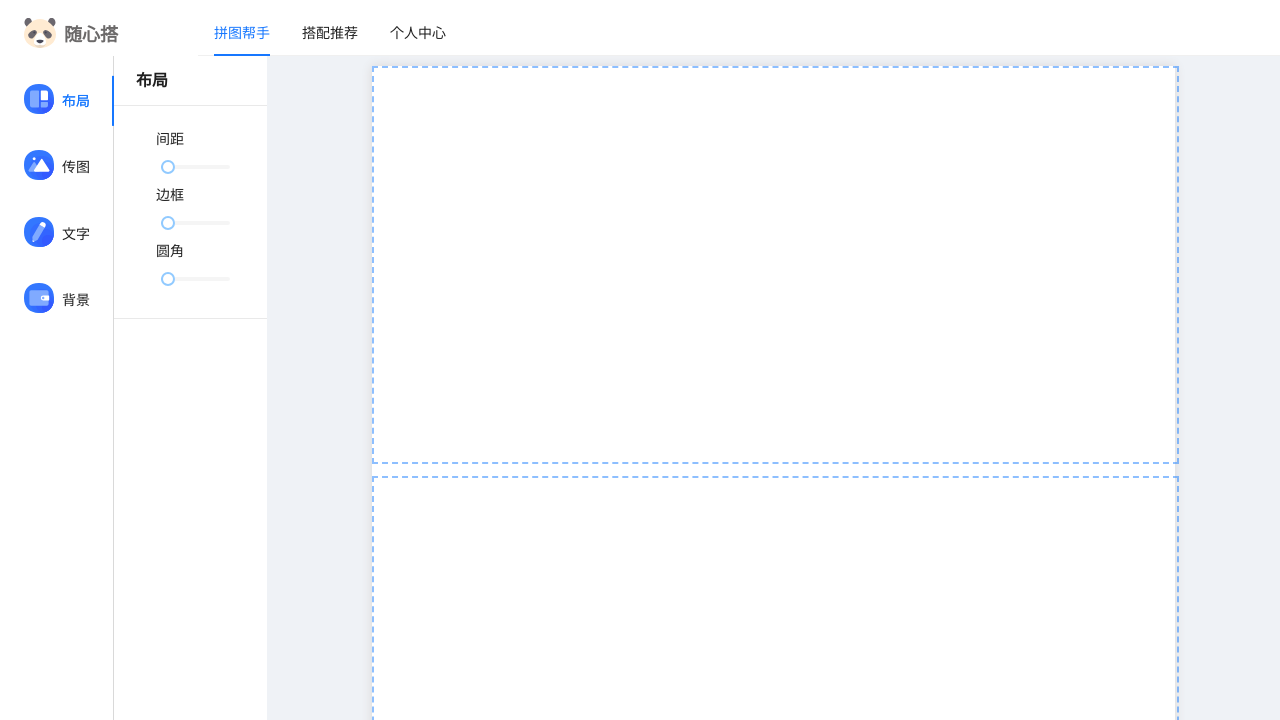
Repository: zzq1101921989/low-code
Page: /
These files come from the project's save history. The page is drawn as it stood at one moment and after the next save; the edit follows.
The browser window is 1280 px wide. The pictures show the whole page.
The project was rebuilt for these pictures with package versions that can differ from the ones it lists, and the page was loaded fresh each time. Also part of the build but not shown: vite.config.ts, src/pages/admin/index.tsx, src/components/icon/ClothesIcon.tsx, src/components/icon/HairIcon.tsx, src/components/icon/PantsIcon.tsx, src/components/icon/ShoeIcon.tsx, src/pages/recommend/index.tsx.

Above is the page before, as saved 2023-05-07 12:37:27.

### index.html
<!DOCTYPE html>
<html lang="en">
  <head>
    <meta charset="UTF-8" />
    <link rel="icon" type="image/svg+xml" href="/vite.svg" />
    <meta name="viewport" content="width=device-width, initial-scale=1.0" />
    <title>搭配选择困难症？不懂搭？就来随心搭，找到属于自己的穿搭技巧</title>
  </head>
  <body>
    <div id="root"></div>
    <script type="module" src="/src/main.tsx"></script>
  </body>
</html>

### src/main.tsx
import ReactDOM from "react-dom/client";
import App from "./App";
import "./reset.css";

ReactDOM.createRoot(document.getElementById("root") as HTMLElement).render(
  <App />
);

### src/App.tsx
import { BrowserRouter, Navigate, Route, Routes } from "react-router-dom";
import LayoutComponent from "./components/layout";
import { routerConfig } from "./routers";

const App = () => {
  return (
    <BrowserRouter>
      <Routes>
        <Route path="/" element={<LayoutComponent />}>
          {/* 重定向 */}
          <Route path="/" element={<Navigate to="/home" />} />
          {routerConfig.map((item) => (
            <Route path={item.path} key={item.name} element={item.element} />
          ))}
        </Route>
        <Route path="*" element={<div>404</div>} />
      </Routes>
    </BrowserRouter>
  );
};

export default App;

### src/reset.css
html,body,div,span,applet,object,h1,h2,h3,h4,h5,h6,p,blockquote,pre,a,abbr,acronym,address,big,cite,code,del,dfn,em,img,ins,kbd,q,s,samp,small,strike,strong,sub,sup,tt,var,b,u,i,center,dl,dt,dd,ol,ul,li,fieldset,form,label,legend,table,caption,tbody,tfoot,thead,tr,th,td,article,aside,canvas,details,embed,figure,figcaption,footer,header,hgroup,menu,nav,output,ruby,section,summary,time,mark,audio,video {
	margin:0;
	padding:0;
	border:0;
	font-size:100%;
	font:inherit;
	font-weight:normal;
	vertical-align:baseline;
}
/* HTML5 display-role reset for older browsers */
article,aside,details,figcaption,figure,footer,header,hgroup,menu,nav,section {
	display:block;
}
ol,ul,li {
	list-style:none;
}
blockquote,q {
	quotes:none;
}
blockquote:before,blockquote:after,q:before,q:after {
	content:'';
	content:none;
}
table {
	border-collapse:collapse;
	border-spacing:0;
}
th,td {
	vertical-align:middle;
}
/* custom */
a {
	outline:none;
	color:#16418a;
	text-decoration:none;
	-webkit-backface-visibility: hidden;
}
a:focus {
	outline:none;
}
input:focus,select:focus,textarea:focus {
	outline:-webkit-focus-ring-color auto 0;
}

### src/components/layout/index.tsx
import Icon from "@ant-design/icons";
import type { CustomIconComponentProps } from "@ant-design/icons/es/components/Icon";
import { Space } from "antd";
import { Content } from "antd/es/layout/layout";
import { Outlet } from "react-router-dom";
import HeaderComponent from "../header";
import styles from "./index.module.less";

const PandaSvg = () => (
  <svg viewBox="0 0 1024 1024" width="1em" height="1em" fill="currentColor">
    <path
      d="M99.096 315.634s-82.58-64.032-82.58-132.13c0-66.064 33.032-165.162 148.646-148.646 83.37 11.91 99.096 165.162 99.096 165.162l-165.162 115.614zM924.906 315.634s82.58-64.032 82.58-132.13c0-66.064-33.032-165.162-148.646-148.646-83.37 11.91-99.096 165.162-99.096 165.162l165.162 115.614z"
      fill="#6B676E"
    />
    <path
      d="M1024 561.548c0 264.526-229.23 429.42-512.002 429.42S0 826.076 0 561.548 283.96 66.064 512.002 66.064 1024 297.022 1024 561.548z"
      fill="#FFEBD2"
    />
    <path
      d="M330.324 842.126c0 82.096 81.34 148.646 181.678 148.646s181.678-66.55 181.678-148.646H330.324z"
      fill="#E9D7C3"
    />
    <path
      d="M644.13 611.098C594.582 528.516 561.55 512 512.002 512c-49.548 0-82.58 16.516-132.13 99.096-42.488 70.814-78.73 211.264-49.548 247.742 66.064 82.58 165.162 33.032 181.678 33.032 16.516 0 115.614 49.548 181.678-33.032 29.18-36.476-7.064-176.93-49.55-247.74z"
      fill="#FFFFFF"
    />
    <path
      d="M611.098 495.484c0-45.608 36.974-82.58 82.58-82.58 49.548 0 198.194 99.098 198.194 165.162s-79.934 144.904-148.646 99.096c-49.548-33.032-132.128-148.646-132.128-181.678zM412.904 495.484c0-45.608-36.974-82.58-82.58-82.58-49.548 0-198.194 99.098-198.194 165.162s79.934 144.904 148.646 99.096c49.548-33.032 132.128-148.646 132.128-181.678z"
      fill="#6B676E"
    />
    <path
      d="M512.002 726.622c-30.06 0-115.614 5.668-115.614 33.032 0 49.638 105.484 85.24 115.614 82.58 10.128 2.66 115.614-32.944 115.614-82.58-0.002-27.366-85.556-33.032-115.614-33.032z"
      fill="#464655"
    />
    <path
      d="M330.324 495.484m-33.032 0a33.032 33.032 0 1 0 66.064 0 33.032 33.032 0 1 0-66.064 0Z"
      fill="#464655"
    />
    <path
      d="M693.678 495.484m-33.032 0a33.032 33.032 0 1 0 66.064 0 33.032 33.032 0 1 0-66.064 0Z"
      fill="#464655"
    />
  </svg>
);

const PandaIcon = (props: Partial<CustomIconComponentProps>) => (
  <Icon component={PandaSvg} {...props} />
);

export default function LayoutComponent() {
  return (
    <div className={styles["syd-layout"]}>
      <div className={styles["syd-header"]}>
        <div className={styles.logo}>
          <Space>
            <PandaIcon style={{ fontSize: "32px" }} />
            <div style={{ fontWeight: "bold", fontSize: 18, color: "#6b6969" }}>
              随心搭
            </div>
          </Space>
        </div>
        <HeaderComponent />
      </div>
      <Content className={styles["syd-content"]}>
        <Outlet />
      </Content>
    </div>
  );
}

### src/routers/index.tsx
import { RouteObject } from "react-router-dom";
import Admin from "../pages/admin";
import Home from "../pages/home";
import Recommend from "../pages/recommend";

export const routerConfig: (RouteObject & { name: string })[] = [
  {
    path: "home",
    name: "拼图帮手",
    element: <Home />,
  },
  {
    path: "recommend",
    name: "搭配推荐",
    element: <Recommend />,
  },
  {
    path: "admin",
    name: "个人中心",
    element: <Admin />,
  },
];

### src/components/header/index.tsx
import { Menu, MenuProps } from "antd";
import { Link, useLocation } from "react-router-dom";
import { routerConfig } from "../../routers";

export default function HeaderComponent() {

  const locaiton = useLocation();

  const items: MenuProps["items"] = routerConfig.map((key) => ({
    key: key.path,
    label: <Link to={`/${key.path}`}>{key.name}</Link>,
  }));

  return (
    <Menu
      style={{ flex: 1 }}
      mode="horizontal"
      selectedKeys={[locaiton.pathname.split("/")[1]]}
      items={items}
    />
  );
}

### src/components/layout/index.module.less
.syd-layout {
  width: 100%;
  height: 100vh;
  display: flex;
  flex-direction: column;
  overflow: hidden;
  .syd-header {
    display: flex;
    width: 100%;
    align-items: center;
    padding: 10px 24px 0 24px;
    background-color: #fff;
    .logo {
      margin-right: 80px;
    }
  }
  .syd-content {
    flex: auto;
    background: #eff2f6;
  }
}

### src/pages/home/index.tsx
import { Col, Row } from "antd";
import { FC } from "react";
import { DrawImage, Menu } from "./features";
import styles from "./index.module.less";

const Home: FC = () => {
  return (
    <Row style={{ height: "100%" }} className={styles.homeContainer}>
      <Col xl={5}>
        <Menu />
      </Col>
      <Col xl={19}>
        <DrawImage />
      </Col>
    </Row>
  );
};

export default Home;

### src/pages/home/features/index.tsx
export { default as Area } from './Area';
export { default as DrawImage } from './DrawImage';
export { default as Menu } from './Menu';

### src/pages/home/index.module.less
.homeContainer {
    :global{
        .ant-tabs-tabpane {
            padding-left: 0 !important
        }
        .ant-tabs-nav-wrap {
            padding-top: 20px;
        }
    }
}

### src/pages/home/features/Area/index.tsx
import { FC, ReactNode } from "react";
import styles from "./index.module.less";

interface AreaProps {
  /**
   * @name 头部区域内容
   */
  header: string | ReactNode;

  /**
   * @name 中间区域内容
   */
  centre?: string | ReactNode;
}
const Area: FC<AreaProps> = (props) => {
  const { header, centre } = props;

  return (
    <div className={`${styles["area-container"]}`}>
      <div
        className={`${styles["area-container-header"]} ${styles.padding} ${styles.borderBottom}`}
      >
        {header}
      </div>
      {centre && (
        <div
          className={`${styles["area-container-centre"]} ${styles.padding} ${styles["borderBottom"]}`}
        >
          {centre}
        </div>
      )}
    </div>
  );
};

export default Area;

### src/pages/home/features/DrawImage/index.tsx
import { Col, Row } from "antd";
import { FC } from "react";
import { ItemBox } from "../../components";

interface DrawImageProps {}
const DrawImage: FC<DrawImageProps> = (props) => {
  return (
    <div
      style={{
        width: "803px",
        height: "803px",
        margin: '10px auto',
        background: "#fff",
        boxShadow: "0 0 10px #d9d6d6",
      }}
    >
      <Row gutter={[16, 16]} style={{ height: '100%' }}>
        <Col span={24}>
          <ItemBox />
        </Col>
        <Col span={24}>
          <Row gutter={[16, 16]} style={{ height: '100%' }}>
            <Col span={24}>
              <ItemBox />
            </Col>
          </Row>
        </Col>
      </Row>
    </div>
  );
};

export default DrawImage;

### src/pages/home/features/Menu/index.tsx
import { Slider, Space, Tabs, TabsProps } from "antd";
import { Area } from "..";
import {
  ColorIcon,
  ImageIcon,
  LayoutIcon,
  TextIcon,
} from "../../../../components/icon";

/**
 * 导航栏组件
 * @returns
 */
export default function Menu() {
  const items: TabsProps["items"] = [
    {
      label: (
        <Space>
          <LayoutIcon />
          布局
        </Space>
      ),
      key: "1",
      children: (
        <Area
          header="布局"
          centre={
            <div
              style={{
                width: "100%",
                display: "flex",
                flexDirection: "column",
                padding: '10px 20px',
                boxSizing: 'border-box'
              }}
            >
              <div>
                间距
                <Slider defaultValue={10} />
              </div>
              <div>
                边框
                <Slider defaultValue={10} />
              </div>
              <div>
                圆角
                <Slider defaultValue={10} />
              </div>
            </div>
          }
        />
      ),
    },
    {
      label: (
        <Space>
          <ImageIcon />
          传图
        </Space>
      ),
      key: "2",
      children: "",
    },
    {
      label: (
        <Space>
          <TextIcon />
          文字
        </Space>
      ),
      key: "3",
      children: "",
    },
    {
      label: (
        <Space>
          <ColorIcon />
          背景
        </Space>
      ),
      key: "4",
      children: "",
    },
  ];

  return (
    <Tabs
      tabPosition="left"
      items={items}
      style={{ background: "#fff", height: "100%" }}
    />
  );
}

### src/pages/home/features/Area/index.module.less
.area-container {
    width: 100%;
    .area-container-header {
        font-size: 18px;
    }
    .area-container-header {
        font-size: 16px;
        font-weight: bold;
    }
}
.padding {
    padding: 12px 12px 12px 22px;
}
.borderBottom {
    border-bottom: 1px solid #e9e9e9;
}

### src/pages/home/components/index.tsx
export { default as ItemBox } from './ItemBox';

### src/components/icon/index.tsx
export { default as ClothesIcon } from "./ClothesIcon";
export { default as ColorIcon } from "./ColorIcon";
export { default as HairIcon } from "./HairIcon";
export { default as ImageIcon } from "./ImageIcon";
export { default as LayoutIcon } from "./LayoutIcon";
export { default as PantsIcon } from "./PantsIcon";
export { default as ShoeIcon } from "./ShoeIcon";
export { default as TextIcon } from "./TextIcon";

### src/pages/home/components/ItemBox/index.tsx
import type { FC } from "react";
import { memo } from "react";

interface ItemBoxProps {

}
const ItemBox: FC<ItemBoxProps> = (props) => {
  const {  } = props;
  return (
    <div
      style={{
        width: '100%',
        height: '100%',
        border: "2px dashed rgba(30, 128, 255, 0.5)",
      }}
    ></div>
  );
};
export default memo(ItemBox);

### src/components/icon/ColorIcon.tsx
import Icon from "@ant-design/icons";
import { CustomIconComponentProps } from "@ant-design/icons/lib/components/Icon";

const Color = () => (
  <svg
    viewBox="0 0 1024 1024"
    version="1.1"
    xmlns="http://www.w3.org/2000/svg"
    p-id="7117"
    width="30"
    height="30"
  >
    <path
      d="M1023.910943 511.999898c5.11911 317.794367-194.116663 516.825376-511.91103 511.911029-317.794367 4.914346-516.825376-194.116663-511.91103-511.911029C-4.825463 194.20553 194.205546-4.825478 511.999913 0.088868c317.794367-4.914346 516.825376 194.116663 511.91103 511.91103z"
      fill="#3377FF"
      p-id="7118"
    ></path>
    <path
      d="M1022.477592 566.671996C1006.915497 340.40732 852.318366 201.16752 614.382119 204.85328c-254.112635-4.095288-413.624112 155.416189-409.528824 409.528824-3.890524 237.936247 135.554041 392.533378 361.613952 408.095473 268.036615-16.381153 439.629192-187.97373 456.010345-455.805581z"
      fill="#336DFF"
      p-id="7119"
    ></path>
    <path
      d="M1015.515602 629.944199C985.824762 491.523456 876.480566 407.160519 716.764325 409.617692c-190.635668-3.071466-310.218084 116.51095-307.146618 307.146618-2.457173 159.716241 81.905765 269.060437 220.121743 298.751277 211.112109-34.400421 351.375731-174.664043 385.776152-385.571388z"
      fill="#3364FF"
      p-id="7120"
    ></path>
    <path
      d="M997.701098 705.707031C964.734028 646.734881 902.076118 613.153517 819.146531 614.382104c-127.1587-2.047644-206.812056 77.605712-204.764412 204.764412-1.433351 82.929587 32.352777 145.587497 91.120163 178.554567a431.233852 431.233852 0 0 0 292.198816-291.994052z"
      fill="#335AFF"
      p-id="7121"
    ></path>
    <path
      d="M184.376854 245.806162m61.429324 0l532.387471 0q61.429324 0 61.429323 61.429324l0 409.528824q0 61.429324-61.429323 61.429323l-532.387471 0q-61.429324 0-61.429324-61.429323l0-409.528824q0-61.429324 61.429324-61.429324Z"
      fill="#80AAFF"
      p-id="7122"
    ></path>
    <path
      d="M655.335001 430.094133h184.287971a20.476441 20.476441 0 0 1 20.476441 20.476441v122.858647a20.476441 20.476441 0 0 1-20.476441 20.476441h-184.287971a81.905765 81.905765 0 0 1-81.905764-81.905764 81.905765 81.905765 0 0 1 81.905764-81.905765z"
      fill="#FFFFFF"
      p-id="7123"
    ></path>
    <path
      d="M655.335001 511.999898m-40.952882 0a40.952882 40.952882 0 1 0 81.905765 0 40.952882 40.952882 0 1 0-81.905765 0Z"
      fill="#80AAFF"
      p-id="7124"
    ></path>
  </svg>
);

export default function ColorIcon(props: Partial<CustomIconComponentProps>) {
  return <Icon component={Color} {...props} />;
}

### src/components/icon/ImageIcon.tsx
import Icon from "@ant-design/icons";
import { CustomIconComponentProps } from "@ant-design/icons/lib/components/Icon";

const Image = () => (
  <svg
    viewBox="0 0 1024 1024"
    version="1.1"
    xmlns="http://www.w3.org/2000/svg"
    p-id="1209"
    width="30"
    height="30"
  >
    <path
      d="M1023.910943 511.999898c5.11911 317.794367-194.116663 516.825376-511.91103 511.911029-317.794367 4.914346-516.825376-194.116663-511.91103-511.911029C-4.825463 194.20553 194.205546-4.825478 511.999913 0.088868c317.794367-4.914346 516.825376 194.116663 511.91103 511.91103z"
      fill="#3377FF"
      p-id="1210"
    ></path>
    <path
      d="M1022.477592 566.671996C1006.915497 340.40732 852.318366 201.16752 614.382119 204.85328c-254.112635-4.095288-413.624112 155.416189-409.528824 409.528824-3.890524 237.936247 135.554041 392.533378 361.613952 408.095473 268.036615-16.381153 439.629192-187.97373 456.010345-455.805581z"
      fill="#336DFF"
      p-id="1211"
    ></path>
    <path
      d="M1015.515602 629.944199C985.824762 491.523456 876.480566 407.160519 716.764325 409.617692c-190.635668-3.071466-310.218084 116.51095-307.146618 307.146618-2.457173 159.716241 81.905765 269.060437 220.121743 298.751277 211.112109-34.400421 351.375731-174.664043 385.776152-385.571388z"
      fill="#3364FF"
      p-id="1212"
    ></path>
    <path
      d="M312.968905 439.308531L158.781302 678.678129a40.952882 40.952882 0 0 0 34.400422 63.067439h308.375204a40.952882 40.952882 0 0 0 34.400421-63.067439l-154.187602-239.574362a40.952882 40.952882 0 0 0-68.800842 0.204764z"
      fill="#80AAFF"
      p-id="1213"
    ></path>
    <path
      d="M997.701098 705.707031C964.734028 646.734881 902.076118 613.153517 819.146531 614.382104c-127.1587-2.047644-206.812056 77.605712-204.764412 204.764412-1.433351 82.929587 32.352777 145.587497 91.120163 178.554567a431.233852 431.233852 0 0 0 292.198816-291.994052z"
      fill="#335AFF"
      p-id="1214"
    ></path>
    <path
      d="M571.586357 329.554807l-225.240853 349.123322a40.952882 40.952882 0 0 0 34.400421 63.067439h450.481706a40.952882 40.952882 0 0 0 34.400421-63.067439l-225.240853-349.123322a40.952882 40.952882 0 0 0-68.800842 0z"
      fill="#FFFFFF"
      p-id="1215"
    ></path>
    <path
      d="M347.369326 294.540092m-51.191103 0a51.191103 51.191103 0 1 0 102.382206 0 51.191103 51.191103 0 1 0-102.382206 0Z"
      fill="#FFFFFF"
      p-id="1216"
    ></path>
  </svg>
);

export default function ImageIcon(props: Partial<CustomIconComponentProps>) {
  return <Icon component={Image} {...props} />;
}

### src/components/icon/LayoutIcon.tsx
import Icon from "@ant-design/icons";
import { CustomIconComponentProps } from "@ant-design/icons/lib/components/Icon";

const Layout = () => (
  <svg
    viewBox="0 0 1024 1024"
    version="1.1"
    xmlns="http://www.w3.org/2000/svg"
    p-id="1056"
    width="30"
    height="30"
  >
    <path
      d="M1023.910943 511.999898c5.11911 317.794367-194.116663 516.825376-511.91103 511.911029-317.794367 4.914346-516.825376-194.116663-511.91103-511.911029C-4.825463 194.20553 194.205546-4.825478 511.999913 0.088868c317.794367-4.914346 516.825376 194.116663 511.91103 511.91103z"
      fill="#3377FF"
      p-id="1057"
    ></path>
    <path
      d="M1022.477592 566.671996C1006.915497 340.40732 852.318366 201.16752 614.382119 204.85328c-254.112635-4.095288-413.624112 155.416189-409.528824 409.528824-3.890524 237.936247 135.554041 392.533378 361.613952 408.095473 268.036615-16.381153 439.629192-187.97373 456.010345-455.805581z"
      fill="#336DFF"
      p-id="1058"
    ></path>
    <path
      d="M1015.515602 629.944199C985.824762 491.523456 876.480566 407.160519 716.764325 409.617692c-190.635668-3.071466-310.218084 116.51095-307.146618 307.146618-2.457173 159.716241 81.905765 269.060437 220.121743 298.751277 211.112109-34.400421 351.375731-174.664043 385.776152-385.571388z"
      fill="#3364FF"
      p-id="1059"
    ></path>
    <path
      d="M997.701098 705.707031C964.734028 646.734881 902.076118 613.153517 819.146531 614.382104c-127.1587-2.047644-206.812056 77.605712-204.764412 204.764412-1.433351 82.929587 32.352777 145.587497 91.120163 178.554567a431.233852 431.233852 0 0 0 292.198816-291.994052z"
      fill="#335AFF"
      p-id="1060"
    ></path>
    <path
      d="M593.905678 225.329721h163.811529a61.429324 61.429324 0 0 1 61.429324 61.429323v245.717295a20.476441 20.476441 0 0 1-20.476441 20.476441H593.905678a20.476441 20.476441 0 0 1-20.476441-20.476441V245.806162a20.476441 20.476441 0 0 1 20.476441-20.476441z"
      fill="#FFFFFF"
      p-id="1061"
    ></path>
    <path
      d="M593.905678 614.382104h204.764412a20.476441 20.476441 0 0 1 20.476441 20.476441v102.382206a61.429324 61.429324 0 0 1-61.429324 61.429323h-163.811529a20.476441 20.476441 0 0 1-20.476441-20.476441v-143.335088a20.476441 20.476441 0 0 1 20.476441-20.476441zM266.282619 225.329721h225.240853a20.476441 20.476441 0 0 1 20.476441 20.476441v532.387471a20.476441 20.476441 0 0 1-20.476441 20.476441H266.282619a61.429324 61.429324 0 0 1-61.429324-61.429323V286.759044a61.429324 61.429324 0 0 1 61.429324-61.429323z"
      fill="#80AAFF"
      p-id="1062"
    ></path>
  </svg>
);

export default function LayoutIcon(props: Partial<CustomIconComponentProps>) {
  return <Icon component={Layout} {...props} />;
}

### src/components/icon/TextIcon.tsx
import Icon from "@ant-design/icons";
import { CustomIconComponentProps } from "@ant-design/icons/lib/components/Icon";

const Text = () => (
  <svg
    viewBox="0 0 1024 1024"
    version="1.1"
    xmlns="http://www.w3.org/2000/svg"
    p-id="1365"
    width="30"
    height="30"
  >
    <path
      d="M1023.910943 511.999898c5.11911 317.794367-194.116663 516.825376-511.91103 511.911029-317.794367 4.914346-516.825376-194.116663-511.91103-511.911029C-4.825463 194.20553 194.205546-4.825478 511.999913 0.088868c317.794367-4.914346 516.825376 194.116663 511.91103 511.91103z"
      fill="#3377FF"
      p-id="1366"
    ></path>
    <path
      d="M1022.477592 566.671996C1006.915497 340.40732 852.318366 201.16752 614.382119 204.85328c-254.112635-4.095288-413.624112 155.416189-409.528824 409.528824-3.890524 237.936247 135.554041 392.533378 361.613952 408.095473 268.036615-16.381153 439.629192-187.97373 456.010345-455.805581z"
      fill="#336DFF"
      p-id="1367"
    ></path>
    <path
      d="M1015.515602 629.944199C985.824762 491.523456 876.480566 407.160519 716.764325 409.617692c-190.635668-3.071466-310.218084 116.51095-307.146618 307.146618-2.457173 159.716241 81.905765 269.060437 220.121743 298.751277 211.112109-34.400421 351.375731-174.664043 385.776152-385.571388z"
      fill="#3364FF"
      p-id="1368"
    ></path>
    <path
      d="M997.701098 705.707031C964.734028 646.734881 902.076118 613.153517 819.146531 614.382104c-127.1587-2.047644-206.812056 77.605712-204.764412 204.764412-1.433351 82.929587 32.352777 145.587497 91.120163 178.554567a431.233852 431.233852 0 0 0 292.198816-291.994052z"
      fill="#335AFF"
      p-id="1369"
    ></path>
    <path
      d="M526.538186 263.82543L293.311521 668.03038a61.429324 61.429324 0 0 0-7.985812 35.629007l9.828692 125.725349a20.476441 20.476441 0 0 0 28.667017 17.200211l118.763359-51.600632A61.429324 61.429324 0 0 0 471.047031 769.388763l232.817136-403.181127z"
      fill="#80AAFF"
      p-id="1370"
    ></path>
    <path
      d="M687.687779 189.495949a102.382206 102.382206 0 0 0-139.854094 37.471887l-20.476441 36.857594 177.325981 102.382206 20.476441-36.857594a102.382206 102.382206 0 0 0-37.471887-139.854093zM292.082935 790.479498l3.071466 38.905238a20.476441 20.476441 0 0 0 28.667017 17.200211l37.267123-16.176389z"
      fill="#FFFFFF"
      p-id="1371"
    ></path>
  </svg>
);

export default function TextIcon(props: Partial<CustomIconComponentProps>) {
  return <Icon component={Text} {...props} />;
}

After the next save:
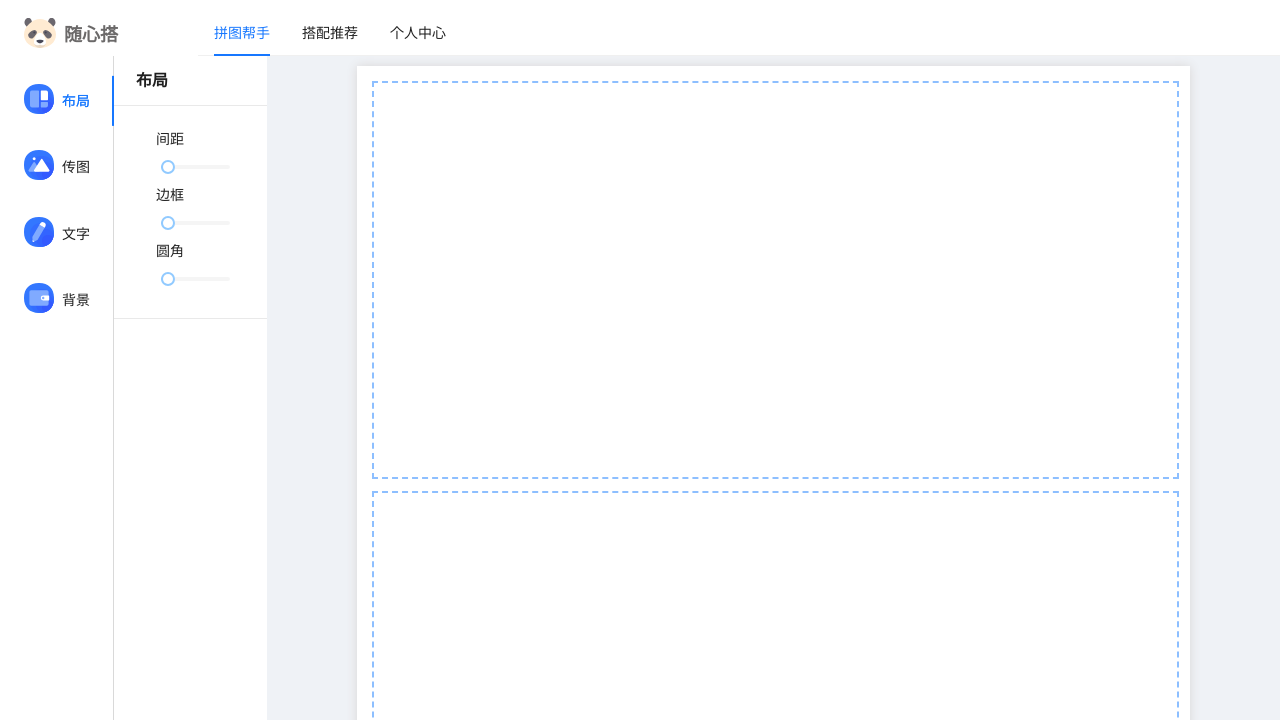
Saved 11 s later.
--- a/src/pages/home/features/DrawImage/index.tsx
+++ b/src/pages/home/features/DrawImage/index.tsx
@@ -9,6 +9,7 @@ const DrawImage: FC<DrawImageProps> = (props) => {
       style={{
         width: "803px",
         height: "803px",
+        padding: "15px",
         margin: '10px auto',
         background: "#fff",
         boxShadow: "0 0 10px #d9d6d6",
